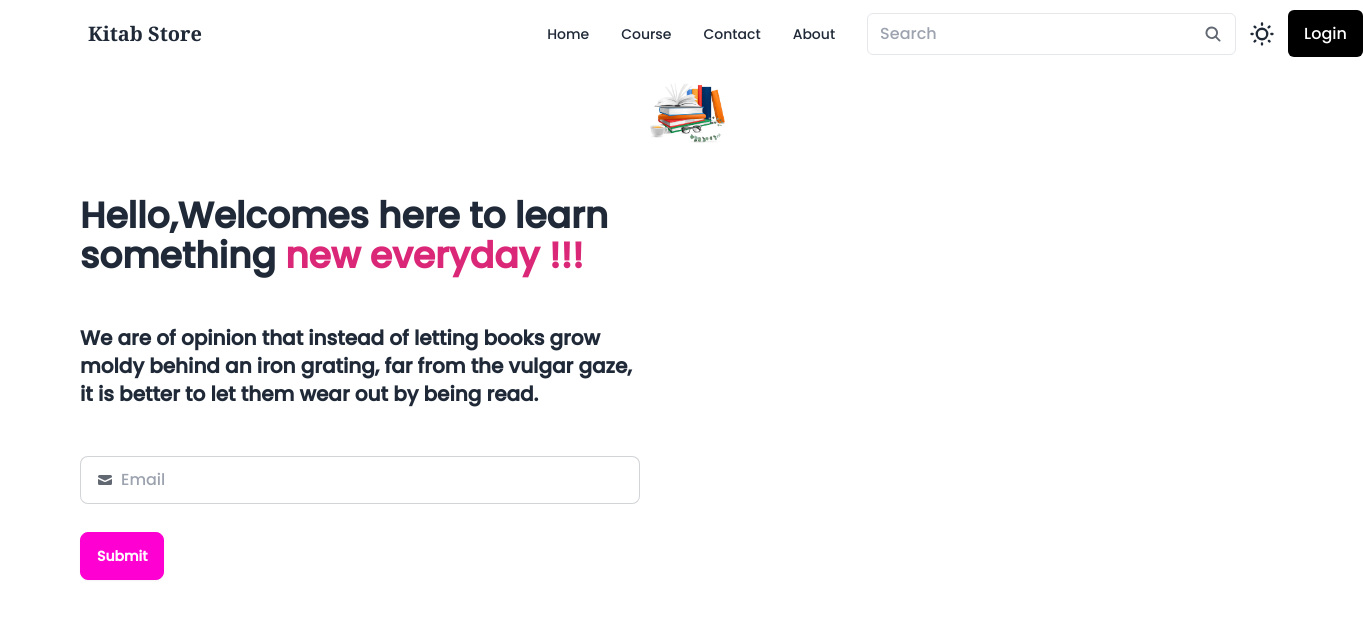
Repository: diensy/Kitab.com
Page: / (app in Frontend/)
These files come from the project's save history. The page is drawn as it stood at one moment and after a run of saves; the edit follows.
The browser window is 1280 px wide. The page is 1363 px wide, so the pictures cover 1363 px, including what lies to the right of the window. The pictures show the whole page.
The project was rebuilt for these pictures with package versions that can differ from the ones it lists, and the page was loaded fresh each time. Also part of the build but not shown: Frontend/vite.config.js.

Above is the page before, as saved 2024-07-28 23:46:56.

### Frontend/src/App.jsx
import React from 'react'
import Navbar from './Components/Navbar'
import Banners from './Components/Banner'
const App = () => {
  return (
    <>
    <Navbar/>
    <Banners/>
    </>
  )
}

export default App

### Frontend/src/index.css
@import url("https://fonts.googleapis.com/css2?family=Fredoka:wght@300..700&family=Montserrat:ital,wght@0,100..900;1,100..900&family=Poppins:wght@500&display=swap");
@tailwind base;
@tailwind components;
@tailwind utilities;

body {
  font-family: "Poppins", sans-serif;
}

### Frontend/src/Components/Navbar.jsx
import React from "react";

const Navbar = () => {
  const navItems = (
    <>
      <li>
        <a>Home</a>
      </li>
      <li>
        <a>Course</a>
      </li>
      <li>
        <a>Contact</a>
      </li>
      <li>
        <a>About</a>
      </li>
    </>
  );
  return (
    <>
      <div className="max-w-screen-2xl container mx-auto md:px-20 px-4">
        <div className="navbar bg-base-100">
          <div className="navbar-start">
            <div className="dropdown">
              <div
                tabIndex={0}
                role="button"
                className="btn btn-ghost lg:hidden"
              >
                <svg
                  xmlns="http://www.w3.org/2000/svg"
                  className="h-5 w-5"
                  fill="none"
                  viewBox="0 0 24 24"
                  stroke="currentColor"
                >
                  <path
                    strokeLinecap="round"
                    strokeLinejoin="round"
                    strokeWidth="2"
                    d="M4 6h16M4 12h8m-8 6h16"
                  />
                </svg>
              </div>
              <ul
                tabIndex={0}
                className="menu menu-sm dropdown-content bg-base-100 rounded-box z-[1] mt-3 w-52 p-2 shadow"
              >
                {navItems}
              </ul>
            </div>
            <a className="text-xl font-bold cursor-pointer font-serif">
              Kitab Store
            </a>
          </div>
          <div className="nav-end space-x-3">
            <div className="navbar-center hidden lg:flex ">
              <ul className="menu menu-horizontal px-1">{navItems}</ul>
            </div>
            <div className="hidden md:block">
              <label className="flex items-center gap-2 border outline-none px-3 py-2 rounded-md">
                <input type="text" className="grow" placeholder="Search" />
                <svg
                  xmlns="http://www.w3.org/2000/svg"
                  viewBox="0 0 16 16"
                  fill="currentColor"
                  className="h-5 w-5 opacity-70"
                >
                  <path
                    fillRule="evenodd"
                    d="M9.965 11.026a5 5 0 1 1 1.06-1.06l2.755 2.754a.75.75 0 1 1-1.06 1.06l-2.755-2.754ZM10.5 7a3.5 3.5 0 1 1-7 0 3.5 3.5 0 0 1 7 0Z"
                    clipRule="evenodd"
                  />
                </svg>
              </label>
            </div>
            <label className="swap swap-rotate">
              {/* this hidden checkbox controls the state */}
              <input
                type="checkbox"
                className="theme-controller"
                value="synthwave"
              />

              {/* sun icon */}
              <svg
                className="swap-off h-7 w-7 fill-current"
                xmlns="http://www.w3.org/2000/svg"
                viewBox="0 0 24 24"
              >
                <path d="M5.64,17l-.71.71a1,1,0,0,0,0,1.41,1,1,0,0,0,1.41,0l.71-.71A1,1,0,0,0,5.64,17ZM5,12a1,1,0,0,0-1-1H3a1,1,0,0,0,0,2H4A1,1,0,0,0,5,12Zm7-7a1,1,0,0,0,1-1V3a1,1,0,0,0-2,0V4A1,1,0,0,0,12,5ZM5.64,7.05a1,1,0,0,0,.7.29,1,1,0,0,0,.71-.29,1,1,0,0,0,0-1.41l-.71-.71A1,1,0,0,0,4.93,6.34Zm12,.29a1,1,0,0,0,.7-.29l.71-.71a1,1,0,1,0-1.41-1.41L17,5.64a1,1,0,0,0,0,1.41A1,1,0,0,0,17.66,7.34ZM21,11H20a1,1,0,0,0,0,2h1a1,1,0,0,0,0-2Zm-9,8a1,1,0,0,0-1,1v1a1,1,0,0,0,2,0V20A1,1,0,0,0,12,19ZM18.36,17A1,1,0,0,0,17,18.36l.71.71a1,1,0,0,0,1.41,0,1,1,0,0,0,0-1.41ZM12,6.5A5.5,5.5,0,1,0,17.5,12,5.51,5.51,0,0,0,12,6.5Zm0,9A3.5,3.5,0,1,1,15.5,12,3.5,3.5,0,0,1,12,15.5Z" />
              </svg>

              {/* moon icon */}
              <svg
                className="swap-on h-7 w-7 fill-current"
                xmlns="http://www.w3.org/2000/svg"
                viewBox="0 0 24 24"
              >
                <path d="M21.64,13a1,1,0,0,0-1.05-.14,8.05,8.05,0,0,1-3.37.73A8.15,8.15,0,0,1,9.08,5.49a8.59,8.59,0,0,1,.25-2A1,1,0,0,0,8,2.36,10.14,10.14,0,1,0,22,14.05,1,1,0,0,0,21.64,13Zm-9.5,6.69A8.14,8.14,0,0,1,7.08,5.22v.27A10.15,10.15,0,0,0,17.22,15.63a9.79,9.79,0,0,0,2.1-.22A8.11,8.11,0,0,1,12.14,19.73Z" />
              </svg>
            </label>
            <div className="">
              <a className="bg-black text-white px-4 py-3 rounded-md hover:bg-slate-800 duration-300 cursor-pointer">
                Login
              </a>
            </div>
          </div>
        </div>
      </div>
    </>
  );
};

export default Navbar;

### Frontend/src/Components/Banner.jsx
import React from "react";

const Banner = () => {
  return (
    <>
      <div className="max-w-screen-2xl container mx-auto md:px-20 px-4 flex flex-col md:flex-row">
        <div className="w-full md:w-1/2 mt-12 md:mt-32">
          <div className="space-y-12">
            <h1 className="text-4xl font-bold">
              Hello,Welcomes here to learn something
              <span className="text-pink-600 "> new everyday !!!</span>
            </h1>
            <p className="font-semibold text-xl">
              We are of opinion that instead of letting books grow moldy behind
              an iron grating, far from the vulgar gaze, it is better to let
              them wear out by being read.
            </p>
          </div>
          <label className="input input-bordered flex items-center gap-2 mt-12 ">
            <svg
              xmlns="http://www.w3.org/2000/svg"
              viewBox="0 0 16 16"
              fill="currentColor"
              className="h-4 w-4 opacity-70"
            >
              <path d="M2.5 3A1.5 1.5 0 0 0 1 4.5v.793c.026.009.051.02.076.032L7.674 8.51c.206.1.446.1.652 0l6.598-3.185A.755.755 0 0 1 15 5.293V4.5A1.5 1.5 0 0 0 13.5 3h-11Z" />
              <path d="M15 6.954 8.978 9.86a2.25 2.25 0 0 1-1.956 0L1 6.954V11.5A1.5 1.5 0 0 0 2.5 13h11a1.5 1.5 0 0 0 1.5-1.5V6.954Z" />
            </svg>
            <input type="text" className="grow" placeholder="Email" />
          </label>
          <button className="btn btn-secondary mt-7">Submit</button>
        </div>
        <div className="w-full md:w-1/2">
          <img src="public/Banner.jpg" alt="Books" className="w-24" />
        </div>
      </div>
    </>
  );
};

export default Banner;

Loaded but not shown: Frontend/index.html (common file); Frontend/src/main.jsx (common file); Frontend/tailwind.config.js (common file)

After the next 3 saves:
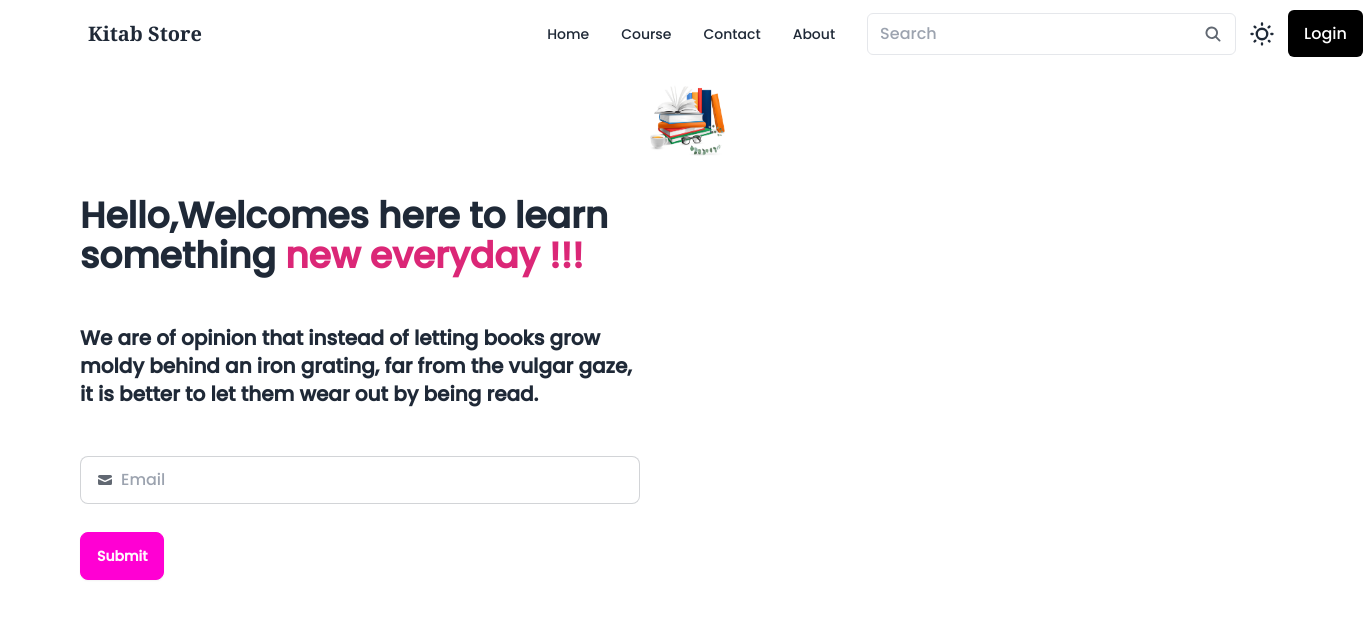
The 3 saves are shown as one change because they came seconds apart.
The last was saved 10 s later.
--- a/Frontend/src/Components/Banner.jsx
+++ b/Frontend/src/Components/Banner.jsx
@@ -31,7 +31,7 @@ const Banner = () => {
           <button className="btn btn-secondary mt-7">Submit</button>
         </div>
         <div className="w-full md:w-1/2">
-          <img src="public/Banner.jpg" alt="Books" className="w-24" />
+          <img src="public/Banner.jpg" alt="Books" className="w-24 h-24" />
         </div>
       </div>
     </>
